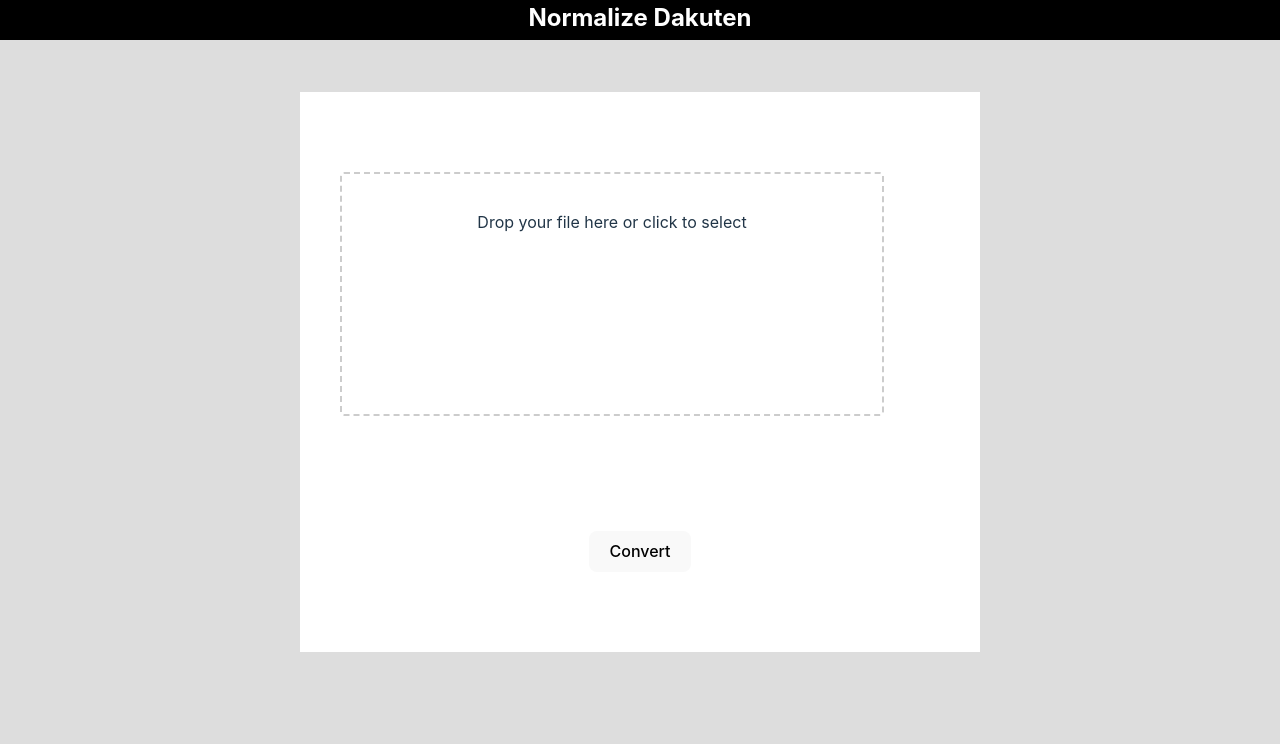
Repository: CatHandsService/normalize_dakuten
Page: / (app in front/)
These files come from the project's save history. The page is drawn as it stood at one moment and after the next save; the edit follows.
The browser window is 1280 px wide. The pictures show the whole page.
The project was rebuilt for these pictures with package versions that can differ from the ones it lists, and the page was loaded fresh each time. Also part of the build but not shown: front/vite.config.ts.

Above is the page before, as saved 2024-01-27 16:19:16.

After the next save:
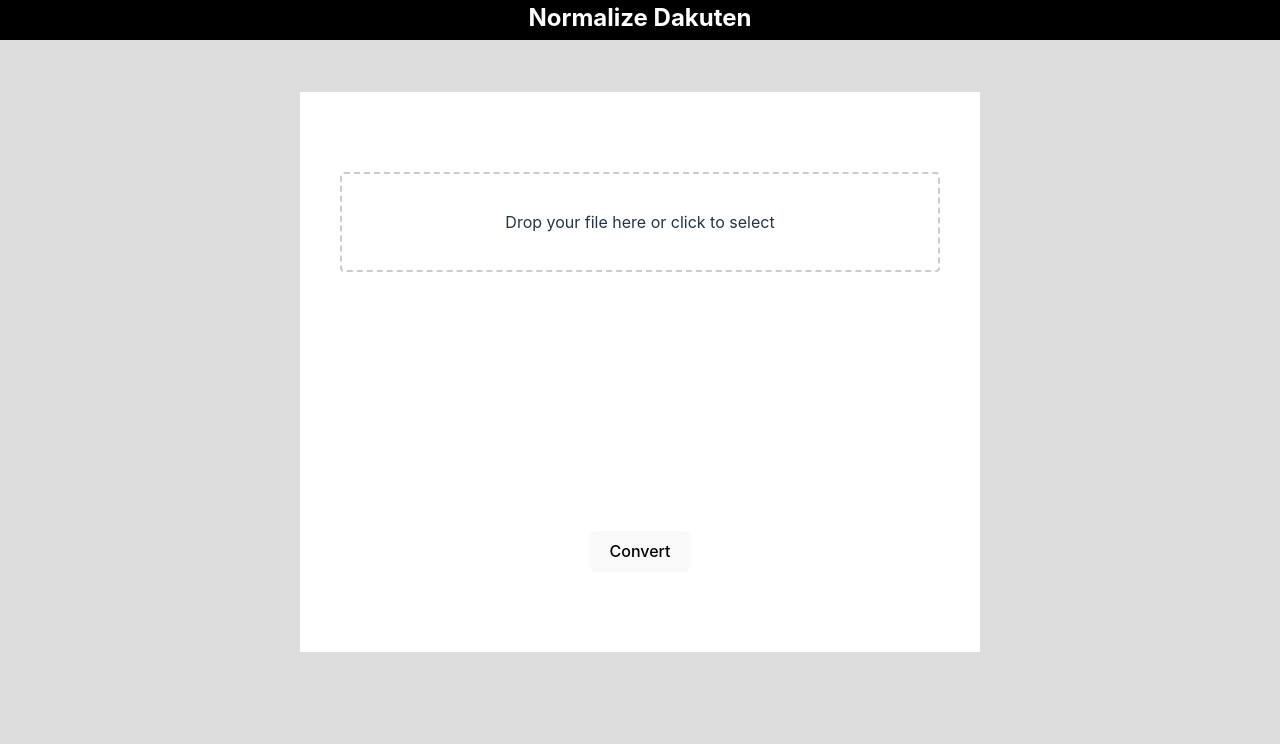
Saved 17 s later.
--- a/front/src/components/ImportFile.tsx
+++ b/front/src/components/ImportFile.tsx
@@ -52,8 +52,8 @@ export const ImportFile = () => {
 };
 
 const dropzoneStyles: React.CSSProperties = {
-  width: '500px',
-  height: '200px',
+  // width: '500px',
+  // height: '200px',
   border: '2px dashed #cccccc',
   borderRadius: '4px',
   padding: '20px',
